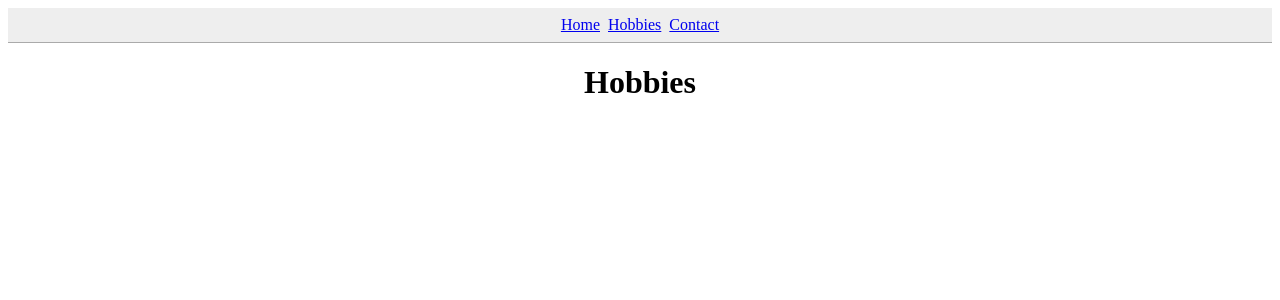
Repository: sebas6292/Jeff-Midterm
Page: hobby.html
These files come from the project's save history. The page is drawn as it stood at one moment and after the next save; the edit follows.
The browser window is 1280 px wide. The pictures show the whole page.

Above is the page before, as saved 2023-04-30 22:42:21.

### hobby.html
<!DOCTYPE html>
<html lang="en">
  <head>
    <title>Home</title>
    <meta charset="UTF-8" />
    <meta name="viewport" content="width=device-width" />
    <link rel="stylesheet" href="styles.css" />
  </head>
  <body>
    <nav>
      <a href="/home.html">Home</a>
      <a href="/hobby.html">Hobbies</a>
      <a href="/contact.html">Contact</a>
    </nav>
    <main>
      <h1 class="title">Hobbies</h1>

    </main>
  </body>
</html>

### styles.css

nav {
    display: flex;
  flex-wrap: wrap;
  align-items: center;
  justify-content: center;
  padding: 0.5rem;
  gap: 0.5rem;
  border-bottom: solid 1px #aaa;
  background-color: #eee;
}

.title {
  display: flex;
  justify-content: center;
}

After the next save:
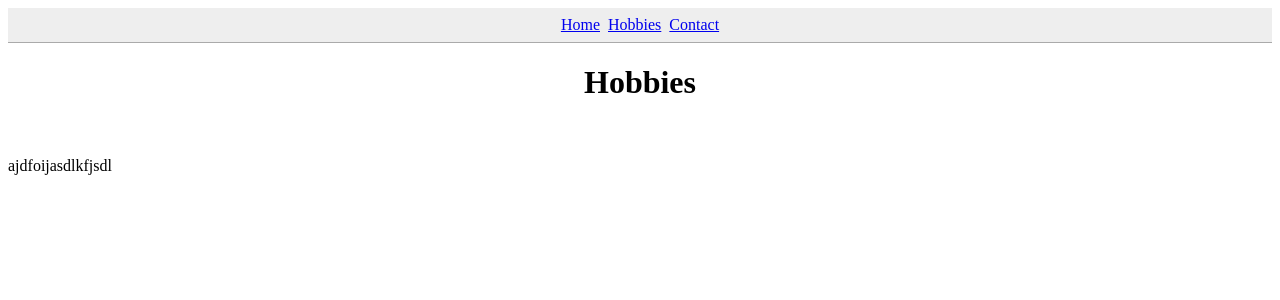
Saved 5 min 3 s later.
--- a/hobby.html
+++ b/hobby.html
@@ -15,6 +15,13 @@
     <main>
       <h1 class="title">Hobbies</h1>
 
+      <section class="container">
+        <div class="box-container">
+            <img src="" />
+            <p>ajdfoijasdlkfjsdl</p>
+        </div>
+      </section>
+
     </main>
   </body>
 </html>
